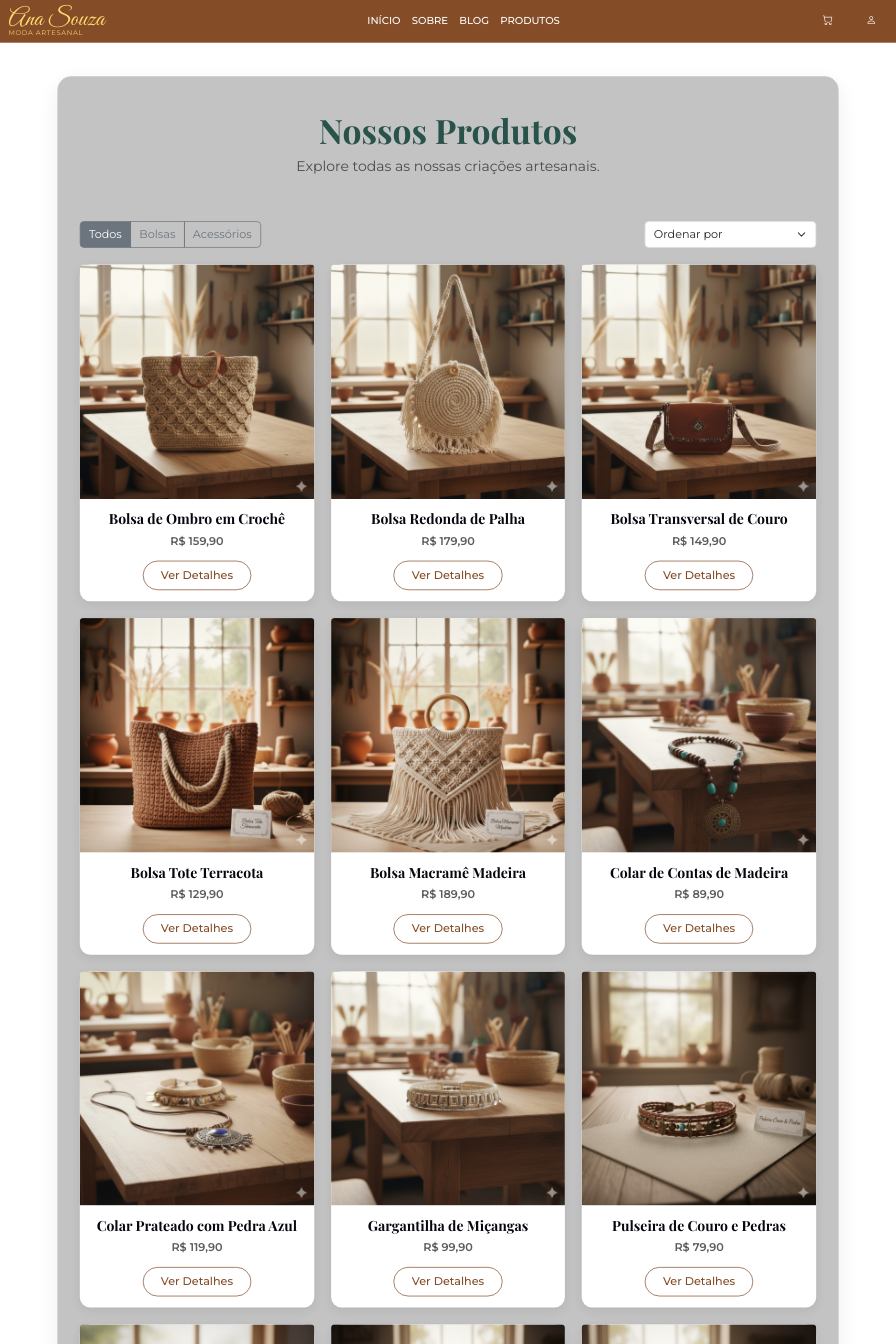
Repository: Lucascsg/projeto-anasouza-frontend
Page: produtos.html
An editor plug-in stored every save of this project. The page is shown before and after the next save, followed by the edit.
The browser window is 1280 px wide. The pictures show the part of the page from y = 0 to 1920 px (the page is 2670 px tall before and 720 px after), at 70% of full size.
The page's requests for data from a server got no answer.

Above is the page before, as saved 2025-10-27 19:54:44.

### produtos.html
<!DOCTYPE html>
<html lang="pt-br">
<head>
    <meta charset="UTF-8">
    <meta name="viewport" content="width=device-width, initial-scale=1.0">
    <title>Nossos Produtos - Ana Souza</title>

    <link href="https://cdn.jsdelivr.net/npm/bootstrap@5.3.2/dist/css/bootstrap.min.css" rel="stylesheet">
    <link rel="stylesheet" href="css/style.css">
    <link rel="stylesheet" href="https://cdn.jsdelivr.net/npm/bootstrap-icons@1.11.1/font/bootstrap-icons.css">
    <link rel="preconnect" href="https://fonts.googleapis.com">
    <link rel="preconnect" href="https://fonts.gstatic.com" crossorigin>
    <link href="https://fonts.googleapis.com/css2?family=Montserrat:wght@400;500;600&family=Playfair+Display:wght@700&family=Great+Vibes&display=swap" rel="stylesheet">
    <link rel="stylesheet" href="https://unpkg.com/aos@next/dist/aos.css" />
</head>
<body class="bg-white-page">

    <header>
        <nav class="navbar navbar-expand-lg navbar-dark navbar-custom">
            <div class="container-fluid">
                <a class="navbar-brand logo-text" href="index.html">
                    <div>Ana Souza</div>
                    <small class="logo-subtitle">MODA ARTESANAL</small>
                </a>
                <button class="navbar-toggler" type="button" data-bs-toggle="collapse" data-bs-target="#navbarNav" aria-controls="navbarNav" aria-expanded="false" aria-label="Toggle navigation">
                    <span class="navbar-toggler-icon"></span>
                </button>
                <div class="collapse navbar-collapse" id="navbarNav">
                    <ul class="navbar-nav mx-auto">
                        <li class="nav-item"><a class="nav-link" href="index.html">Início</a></li>
                        <li class="nav-item"><a class="nav-link" href="index.html#sobre">Sobre</a></li>
                        <li class="nav-item"><a class="nav-link" href="blog.html">Blog</a></li>
                        <li class="nav-item"><a class="nav-link active" href="produtos.html">Produtos</a></li>
                    </ul>
                    <div class="navbar-icons d-flex">
                        <a href="carrinho.html" class="nav-link position-relative">
                            <i class="bi bi-cart"></i>
                            <span class="badge rounded-pill bg-danger position-absolute top-0 start-100 translate-middle" id="contador-carrinho" style="display: none;">0</span>
                        </a>
                        <a href="login.html" class="nav-link ms-3"><i class="bi bi-person"></i></a>
                    </div>
                </div>
            </div>
        </nav>
    </header>

    <main class="container my-5">
    <div class="section-card">
        <div class="row">
            <div class="col-12 text-center mb-5">
                <h1 class="display-5 fw-bold">Nossos Produtos</h1>
                <p class="lead text-muted">Explore todas as nossas criações artesanais.</p>
            </div>
        </div>

        <div class="row mb-4">
            <div class="col-md-6">
                <div class="btn-group" role="group" aria-label="Filtro de Categoria">
                    <button type="button" class="btn btn-outline-secondary active" data-categoria="todos">Todos</button>
                    <button type="button" class="btn btn-outline-secondary" data-categoria="bolsa">Bolsas</button>
                    <button type="button" class="btn btn-outline-secondary" data-categoria="acessorio">Acessórios</button>
                </div>
            </div>
            <div class="col-md-6 mt-3 mt-md-0 d-flex justify-content-md-end">
                <select class="form-select w-auto" id="ordenar-produtos">
                    <option selected value="padrao">Ordenar por</option>
                    <option value="preco-asc">Preço: Menor para Maior</option>
                    <option value="preco-desc">Preço: Maior para Menor</option>
                </select>
            </div>
        </div>

        <div class="row gy-4" id="lista-completa-produtos">
            </div>
    </div> </main>

    <footer class="py-4 footer-custom">
        <div class="container text-center text-white">
            <div class="row align-items-center">
                <div class="col-md-4 mb-3 mb-md-0">
                    <h5 class="text-white">Ana Souza</h5>
                    <small>Moda Artesanal</small>
                </div>
                <div class="col-md-4 mb-3 mb-md-0">
                    <ul class="list-inline mb-0">
                        <li class="list-inline-item mx-2"><a href="index.html" class="text-white">Início</a></li>
                        <li class="list-inline-item mx-2"><a href="index.html#sobre" class="text-white">Sobre</a></li>
                        <li class="list-inline-item mx-2"><a href="produtos.html" class="text-white">Produtos</a></li>
                        <li class="list-inline-item mx-2"><a href="historico.html" class="text-white">Meus Pedidos</a></li>
                    </ul>
                </div>
                <div class="col-md-4">
                    <a href="#" class="text-white fs-4 mx-2"><i class="bi bi-instagram"></i></a>
                    <a href="#" class="text-white fs-4 mx-2"><i class="bi bi-pinterest"></i></a>
                    <a href="#" class="text-white fs-4 mx-2"><i class="bi bi-whatsapp"></i></a>
                </div>
            </div>
            <hr class="my-4" style="border-color: rgba(255, 255, 255, 0.3);">
            <small>&copy; 2025 Ana Souza | Todos os direitos reservados.</small>
        </div>
    </footer>

    <script src="https://cdn.jsdelivr.net/npm/bootstrap@5.3.2/dist/js/bootstrap.bundle.min.js"></script>
    <script src="https://unpkg.com/aos@next/dist/aos.js"></script>
    <script src="js/produtos.js"></script>
</body>
</html>

### css/style.css
/* =================================== */
/* VARIÁVEIS GLOBAIS E ESTILOS BASE    */
/* =================================== */
:root {
    /* Sua paleta de cores (mantive suas últimas alterações) */
    --cor-base-escura: #854D27;
    --cor-acao-vibrante: #854D27;
    --cor-detalhe-quente: #29524A;
    --cor-texto-escuro: #06070E;

    /* Cores Neutras e de Fundo */
    --cor-fundo-claro: #F8F5F2;
    --cor-texto-claro: #FFFFFF;
}

body {
    font-family: 'Montserrat', sans-serif;
    background-color: #B16262;
    color: var(--cor-texto-escuro);
}

/* Estilo para páginas com fundo branco específico */
body.bg-white-page {
    background-color: #FFFFFF;
}

h1, h2, h3, h4, h5, h6 {
    font-family: 'Playfair Display', serif;
    color: var(--cor-detalhe-quente);
}

/* =================================== */
/* ESTILOS DA BARRA DE NAVEGAÇÃO       */
/* =================================== */
.navbar-custom {
    background-color: var(--cor-base-escura);
}
/* ... (O resto dos estilos da navbar e do logo permanecem como você enviou) ... */
.navbar-brand.logo-text {
    display: flex;
    flex-direction: column;
    justify-content: center;
    padding: 0;
    position: relative;
    top: 2px;
}
.navbar-brand div {
    font-family: 'Great Vibes', cursive;
    font-size: 2.2rem;
    color: #FFD972 !important;
    line-height: 1;
    font-weight: normal;
}
.navbar-brand .logo-subtitle {
    font-family: 'Montserrat', sans-serif;
    font-size: 0.6rem;
    text-transform: uppercase;
    letter-spacing: 0.1em;
    display: block;
    opacity: 0.9;
    color: #FFD972;
    margin-top: -5px;
}
/* ... (outros estilos da navbar que você enviou) ... */
.navbar-custom .navbar-brand img {
    height: 40px;
}
.navbar-custom .nav-link {
    color: var(--cor-texto-claro);
    font-weight: 500;
    text-transform: uppercase;
    font-size: 0.9rem;
    padding: 0.5rem 1rem;
    transition: opacity 0.3s;
}
.navbar-custom .nav-link:hover {
    opacity: 0.8;
}
.navbar-icons a {
    color: var(--cor-texto-claro);
    font-size: 1.2rem;
    transition: opacity 0.3s;
}
.navbar-icons a:hover {
    opacity: 0.8;
}


/* =================================== */
/* ESTILOS DA SEÇÃO HERO (IMAGEM)      */
/* =================================== */
#hero {
    position: relative;
    height: 90vh;
    width: 100%;
    display: flex;
    align-items: center;
    justify-content: center;

    /* --- ATUALIZAÇÃO PARA IMAGEM DE FUNDO --- */
    background: url('../imagens/hero-background.jpg') no-repeat center center/cover;
}

#hero::after {
    content: '';
    position: absolute;
    top: 0;
    left: 0;
    width: 100%;
    height: 100%;
    background: rgba(0, 0, 0, 0.6);
    z-index: 1;
}

#hero .hero-content {
    position: relative;
    z-index: 2;
}

#hero .hero-content h1 {
    font-weight: 700;
    color: var(--cor-texto-claro);
}

#hero .hero-content .btn {
    border-radius: 50px;
    padding: 12px 30px;
    font-weight: 600;
}


/* ... (O resto do seu CSS continua exatamente como você enviou) ... */

/* =================================== */
/* ESTILOS GERAIS DAS SEÇÕES           */
/* =================================== */
section h2 {
    color: var(--cor-detalhe-quente);
    margin-bottom: 1rem;
}

/* =================================== */
/* ESTILOS DA SEÇÃO DE PRODUTOS        */
/* =================================== */
.product-card {
    border: none;
    border-radius: 15px;
    box-shadow: 0 4px 15px rgba(0, 0, 0, 0.08);
    transition: all 0.3s ease-in-out;
}
.product-card:hover {
    transform: translateY(-8px);
    box-shadow: 0 8px 25px rgba(0, 0, 0, 0.12);
}
.product-card .card-title {
    color: var(--cor-texto-escuro);
    font-weight: 600;
}
.product-card .btn {
    border-radius: 50px;
    padding: 8px 25px;
    font-weight: 500;
    border-color: var(--cor-base-escura);
    color: var(--cor-base-escura);
}
.product-card .btn:hover {
    background-color: var(--cor-base-escura);
    color: white;
}

/* =================================== */
/* ESTILOS DA SEÇÃO DE BLOG            */
/* =================================== */
.btn-custom-primary {
    background-color: var(--cor-acao-vibrante);
    color: white;
    border: none;
    border-radius: 50px;
    padding: 10px 30px;
    font-weight: 600;
    transition: all 0.3s;
}
.btn-custom-primary:hover {
    background-color: var(--cor-acao-vibrante);
    color: white;
    opacity: 0.9;
    transform: translateY(-2px);
}
#blog img {
    border-radius: 15px;
}

/* =================================== */
/* ESTILOS DO RODAPÉ (FOOTER)          */
/* =================================== */
.footer-custom {
    background-color: var(--cor-base-escura);
}
.footer-custom a {
    text-decoration: none;
    transition: opacity 0.3s;
}
.footer-custom a:hover {
    opacity: 0.8;
}

/* =================================== */
/* ESTILO DE SEÇÃO EM FORMATO DE CARD  */
/* =================================== */

.section-card {
    background-color: #c3c3c3; /* Fundo branco para o card */
    padding: 3rem 2rem;        /* Espaçamento interno generoso */
    border-radius: 20px;       /* As pontas curvadas que você pediu */
    box-shadow: 0 10px 30px rgba(0, 0, 0, 0.07); /* Sombra sutil para "flutuar" */
}

/* =================================== */
/* Estilos da Página de Produto        */
/* =================================== */

.product-price {
    color: var(--cor-detalhe-quente); /* Usando o verde/marrom dos títulos */
    font-weight: 600;
}

/* =================================== */
/* Estilos da Personalização de Cor    */
/* =================================== */

.seletor-cor {
    width: 32px;
    height: 32px;
    border-radius: 50%; /* Deixa o elemento redondo */
    border: 2px solid #eee;
    cursor: pointer;
    margin-right: 10px;
    margin-bottom: 10px;
    transition: transform 0.2s ease-in-out;
    background-size: cover;
    background-position: center;
}

.seletor-cor:hover {
    transform: scale(1.1); /* Efeito de zoom no hover */
}

/* Estilo para o seletor de cor que está ativo/selecionado */
.seletor-cor.active {
    border-color: var(--cor-base-escura); /* Usa a cor da navbar para destacar */
    box-shadow: 0 0 8px rgba(0, 0, 0, 0.3);
}

/* ============================================= */
/* REFINAMENTO DA PÁGINA DE POST (LEIA MAIS)     */
/* ============================================= */

/* 1. Controlando o tamanho da imagem de destaque */
#post-imagem {
    max-height: 450px; /* Define uma altura máxima para a imagem */
    width: 100%;
    object-fit: cover;   /* Garante que a imagem cubra o espaço sem distorcer */
    border-radius: 15px; /* Bordas mais suaves, combinando com o resto do site */
}

/* 2. Ajustando o Título e a Data */
#post-titulo {
    margin-top: 2.5rem; /* Adiciona mais espaço acima do título */
}

#post-data {
    font-size: 0.8rem;
    text-transform: uppercase;
    letter-spacing: 0.05em; /* Espaçamento entre as letras para um look mais "design" */
}

/* 3. Melhorando a legibilidade do texto do artigo */
#post-conteudo p {
    font-size: 1.1rem;      /* Aumenta um pouco o tamanho da fonte para leitura */
    line-height: 1.8;       /* Aumenta o espaçamento entre as linhas, essencial para textos longos */
    color: #343a40;         /* Um cinza mais escuro para melhor contraste e conforto visual */
}

/* Estilo para os cards de resumo na página de agradecimento */
.summary-item-card {
    background-color: #c3c3c3 !important; /* O cinza que você usou nos section-cards */
    border: none;
    color: var(--cor-texto-escuro); /* Garante que o texto dentro seja escuro */
}

/* =================================== */
/* Estilos para Formulários de Login/Cadastro */
/* =================================== */
.form-container {
    padding: 2rem;
}

@media (min-width: 768px) {
    .form-container {
        padding: 3rem;
    }
}

/* Links personalizados para autenticação */
.link-custom-secondary {
    color: var(--cor-base-escura); /* Usa sua cor base escura */
    text-decoration: underline;
}
.link-custom-secondary:hover {
    color: var(--cor-principal-hover); /* Muda para o hover da cor principal */
    text-decoration: none;
}

### js/produtos.js
document.addEventListener('DOMContentLoaded', () => {
    // Variáveis globais para guardar os produtos
    let todosOsProdutos = [];
    let produtosFiltrados = [];

    // Elementos do HTML que vamos manipular
    const listaProdutosContainer = document.getElementById('lista-completa-produtos');
    const botoesFiltro = document.querySelectorAll('[data-categoria]');
    const seletorOrdenacao = document.getElementById('ordenar-produtos');

    // Função principal que inicia tudo
    async function iniciar() {
        await carregarProdutos();
        configurarFiltros();
        configurarOrdenacao();
        atualizarContadorCarrinho();
        AOS.init();
    }

    // 1. Busca os produtos do JSON e os armazena
    async function carregarProdutos() {
        try {
            const response = await fetch('produtos.json');
            todosOsProdutos = await response.json();
            produtosFiltrados = [...todosOsProdutos]; // Inicia com a lista completa
            renderizarProdutos(produtosFiltrados);
        } catch (error) {
            console.error("Erro ao carregar produtos:", error);
            listaProdutosContainer.innerHTML = '<p class="text-danger">Erro ao carregar produtos.</p>';
        }
    }

    // 2. Desenha os produtos na tela
    function renderizarProdutos(produtos) {
        listaProdutosContainer.innerHTML = ''; // Limpa a lista antes de desenhar
        if (produtos.length === 0) {
            listaProdutosContainer.innerHTML = '<p class="text-muted">Nenhum produto encontrado.</p>';
            return;
        }

        produtos.forEach(produto => {
            const cardHTML = `
                <div class="col-lg-4 col-md-6" data-aos="fade-up">
                    <div class="card product-card h-100">
                        <img src="${produto.imagem}" class="card-img-top" alt="${produto.nome}">
                        <div class="card-body text-center">
                            <h5 class="card-title">${produto.nome}</h5>
                            <p class="card-text text-muted fw-bold">${produto.preco}</p>
                            <a href="produto.html?id=${produto.id}" class="btn btn-outline-dark">Ver Detalhes</a>
                        </div>
                    </div>
                </div>
            `;
            listaProdutosContainer.innerHTML += cardHTML;
        });
    }

    // 3. Adiciona a funcionalidade aos botões de filtro
    function configurarFiltros() {
        botoesFiltro.forEach(button => {
            button.addEventListener('click', (event) => {
                const categoria = event.target.dataset.categoria;

                // Estilo do botão ativo
                botoesFiltro.forEach(btn => btn.classList.remove('active'));
                event.target.classList.add('active');

                // Lógica de filtragem
                if (categoria === 'todos') {
                    produtosFiltrados = [...todosOsProdutos];
                } else {
                    produtosFiltrados = todosOsProdutos.filter(produto => produto.categoria === categoria);
                }

                // Redesenha os produtos com a lista filtrada
                renderizarProdutos(produtosFiltrados);
                // Reseta a ordenação para o padrão
                seletorOrdenacao.value = 'padrao';
            });
        });
    }

    // 4. Adiciona a funcionalidade ao seletor de ordenação
    function configurarOrdenacao() {
        seletorOrdenacao.addEventListener('change', (event) => {
            const tipoOrdenacao = event.target.value;
            ordenarProdutos(tipoOrdenacao);
        });
    }

    // Função auxiliar para converter o preço em número (Ex: "R$ 159,90" -> 159.90)
    const parsePreco = (precoStr) => parseFloat(precoStr.replace('R$ ', '').replace(',', '.'));

    // 5. Lógica de Ordenação
    function ordenarProdutos(tipo) {
        switch (tipo) {
            case 'preco-asc':
                produtosFiltrados.sort((a, b) => parsePreco(a.preco) - parsePreco(b.preco));
                break;
            case 'preco-desc':
                produtosFiltrados.sort((a, b) => parsePreco(b.preco) - parsePreco(a.preco));
                break;
            default:
                // Se for 'padrão', precisamos re-filtrar para voltar à ordem original
                const categoriaAtiva = document.querySelector('[data-categoria].active').dataset.categoria;
                 if (categoriaAtiva === 'todos') {
                    produtosFiltrados = [...todosOsProdutos];
                } else {
                    produtosFiltrados = todosOsProdutos.filter(produto => produto.categoria === categoriaAtiva);
                }
                break;
        }
        renderizarProdutos(produtosFiltrados);
    }

    // Função para manter o contador do carrinho atualizado
    function atualizarContadorCarrinho() {
        let carrinho = JSON.parse(localStorage.getItem('carrinho')) || [];
        const totalItens = carrinho.reduce((total, item) => total + item.quantidade, 0);
        const contadorElemento = document.getElementById('contador-carrinho');

        if (contadorElemento) {
            if (totalItens > 0) {
                contadorElemento.textContent = totalItens;
                contadorElemento.style.display = 'inline';
            } else {
                contadorElemento.style.display = 'none';
            }
        }
    }

    // Inicia todo o processo
    iniciar();
});

### produtos.json
[
  {
    "id": 1,
    "nome": "Bolsa de Ombro em Crochê",
    "preco": "R$ 159,90",
    "imagem": "imagens/bolsa1.png",
    "categoria": "bolsa",
    "descricao": "Uma bolsa de ombro espaçosa, feita à mão com fios de algodão sustentável. Perfeita para o dia a dia, combinando estilo e consciência ecológica.",
    "variacoes": [
      { "cor": "Bege", "imagem": "imagens/bolsa1.png" },
      { "cor": "Preto", "imagem": "imagens/bolsa1.png" },
      { "cor": "Verde Musgo", "imagem": "imagens/bolsa1.png" },
      { "cor": "Azul Marinho", "imagem": "imagens/bolsa1.png" },
      { "cor": "Terracota", "imagem": "imagens/bolsa1.png" }
    ]
  },
  {
    "id": 2,
    "nome": "Bolsa Redonda de Palha",
    "preco": "R$ 179,90",
    "imagem": "imagens/bolsa2.png",
    "categoria": "bolsa",
    "descricao": "Com um design clássico e atemporal, esta bolsa redonda de palha é o acessório perfeito para dias de sol. Leve e charmosa, feita à mão por artesãos locais.",
    "variacoes": [
      { "cor": "Palha Natural", "imagem": "imagens/bolsa2.png" },
      { "cor": "Preto", "imagem": "imagens/bolsa2.png" },
      { "cor": "Verde Musgo", "imagem": "imagens/bolsa2.png" },
      { "cor": "Azul Marinho", "imagem": "imagens/bolsa2.png" },
      { "cor": "Terracota", "imagem": "imagens/bolsa2.png" }
    ]
  },
  {
    "id": 3,
    "nome": "Bolsa Transversal de Couro",
    "preco": "R$ 149,90",
    "imagem": "imagens/bolsa3.png",
    "categoria": "bolsa",
    "descricao": "Praticidade e estilo se encontram nesta bolsa transversal. Feita com couro sintético de alta qualidade, possui um design minimalista e versátil.",
    "variacoes": [
      { "cor": "Marrom", "imagem": "imagens/bolsa3.png" },
      { "cor": "Preto", "imagem": "imagens/bolsa3.png" },
      { "cor": "Verde Musgo", "imagem": "imagens/bolsa3.png" },
      { "cor": "Azul Marinho", "imagem": "imagens/bolsa3.png" },
      { "cor": "Terracota", "imagem": "imagens/bolsa3.png" }
    ]
  },

    {
    "id": 4,
    "nome": "Bolsa Tote Terracota",
    "preco": "R$ 129,90",
    "imagem": "imagens/bolsa4.png",
    "categoria": "bolsa",
    "descricao": "Feita à mão com fio trançado em tom terracota, a Bolsa Tote une estilo natural e resistência. Ideal para o dia a dia com um toque artesanal.",
    "variacoes": [
      { "cor": "Marrom", "imagem": "imagens/bolsa4.png" },
      { "cor": "Preto", "imagem": "imagens/bolsa4.png" },
      { "cor": "Verde Musgo", "imagem": "imagens/bolsa4.png" },
      { "cor": "Azul Marinho", "imagem": "imagens/bolsa4.png" },
      { "cor": "Terracota", "imagem": "imagens/bolsa4.png" }
    ]
  },

    {
    "id": 5,
    "nome": "Bolsa Macramê Madeira",
    "preco": "R$ 189,90",
    "imagem": "imagens/bolsa5.png",
    "categoria": "bolsa",
    "descricao": "Bolsa artesanal em macramê com alça de madeira e franjas delicadas. Combina charme boho e elegância, perfeita para compor looks leves e sofisticados.",
    "variacoes": [
      { "cor": "Marrom", "imagem": "imagens/bolsa5.png" },
      { "cor": "Preto", "imagem": "imagens/bolsa5.png" },
      { "cor": "Verde Musgo", "imagem": "imagens/bolsa5.png" },
      { "cor": "Azul Marinho", "imagem": "imagens/bolsa5.png" },
      { "cor": "Terracota", "imagem": "imagens/bolsa5.png" }
    ]
  },

  {
    "id": 6,
    "nome": "Colar de Contas de Madeira",
    "preco": "R$ 89,90",
    "imagem": "imagens/colar3.png",
    "categoria": "acessorio",
    "descricao": "Um colar rústico e elegante, feito com contas de madeira natural e um pingente de metal com detalhes turquesa.",
    "variacoes": [
      { "cor": "Madeira", "imagem": "imagens/colar3.png" }
    ]
  },
  {
    "id": 7,
    "nome": "Colar Prateado com Pedra Azul",
    "preco": "R$ 119,90",
    "imagem": "imagens/colar1.png",
    "categoria": "acessorio",
    "descricao": "Colar com design trabalhado em metal prateado e uma deslumbrante pedra azul central, perfeito para ocasiões especiais.",
    "variacoes": [
      { "cor": "Prata", "imagem": "imagens/colar1.png" }
    ]
  },
  {
    "id": 8,
    "nome": "Gargantilha de Miçangas",
    "preco": "R$ 99,90",
    "imagem": "imagens/colar2.png",
    "categoria": "acessorio",
    "descricao": "Uma gargantilha delicada e colorida, tecida à mão com miçangas douradas e brancas em um padrão geométrico.",
    "variacoes": [
      { "cor": "Dourado", "imagem": "imagens/colar2.png" }
    ]
  },
  {
    "id": 9,
    "nome": "Pulseira de Couro e Pedras",
    "preco": "R$ 79,90",
    "imagem": "imagens/pulseira1.png",
    "categoria": "acessorio",
    "descricao": "Pulseira artesanal com base de couro e detalhes de pedras verdes e marrons, um toque rústico e natural.",
    "variacoes": [
      { "cor": "Couro", "imagem": "imagens/pulseira1.png" }
    ]
  },
  {
    "id": 10,
    "nome": "Pulseira Dourada com Pedras Verdes",
    "preco": "R$ 95,90",
    "imagem": "imagens/pulseira2.png",
    "categoria": "acessorio",
    "descricao": "Pulseira elegante com estrutura dourada e pedras verdes translúcidas, perfeita para adicionar um toque de cor.",
    "variacoes": [
      { "cor": "Dourado", "imagem": "imagens/pulseira2.png" }
    ]
  },
  {
    "id": 11,
    "nome": "Brinco de Argola Turquesa",
    "preco": "R$ 85,90",
    "imagem": "imagens/brinco1.png",
    "categoria": "acessorio",
    "descricao": "Brincos de argola com detalhes em contas de madeira e pedras turquesa, ideais para um visual boho-chic.",
    "variacoes": [
      { "cor": "Turquesa", "imagem": "imagens/brinco1.png" }
    ]
  },
  {
    "id": 12,
    "nome": "Brinco de Penas",
    "preco": "R$ 75,90",
    "imagem": "imagens/brinco2.png",
    "categoria": "acessorio",
    "descricao": "Brincos leves e delicados com design de penas em metal e pedras vermelhas, inspirados na natureza.",
    "variacoes": [
      { "cor": "Cobre", "imagem": "imagens/brinco2.png" }
    ]
  }
]

After the next save:
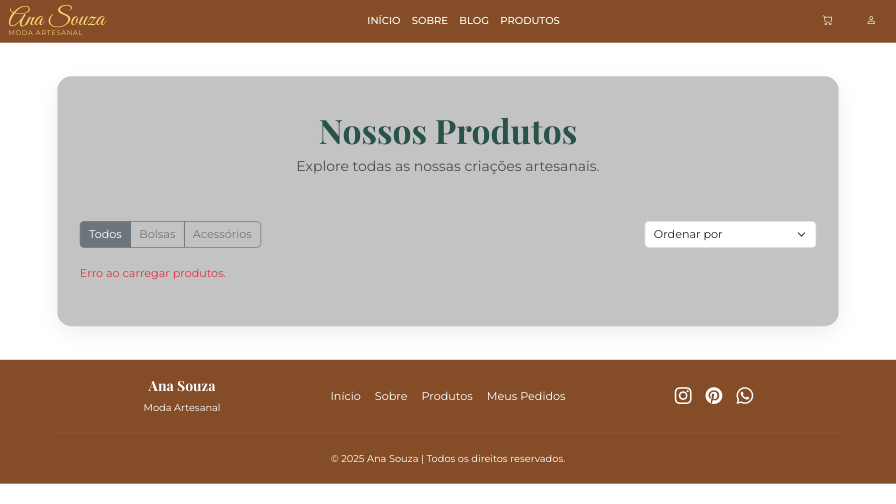
Saved 3 h 17 min later.
--- a/js/produtos.js
+++ b/js/produtos.js
@@ -20,7 +20,7 @@ document.addEventListener('DOMContentLoaded', () => {
     // 1. Busca os produtos do JSON e os armazena
     async function carregarProdutos() {
         try {
-            const response = await fetch('produtos.json');
+            const response = await fetch('http://localhost:8080/api/produtos');
             todosOsProdutos = await response.json();
             produtosFiltrados = [...todosOsProdutos]; // Inicia com a lista completa
             renderizarProdutos(produtosFiltrados);
